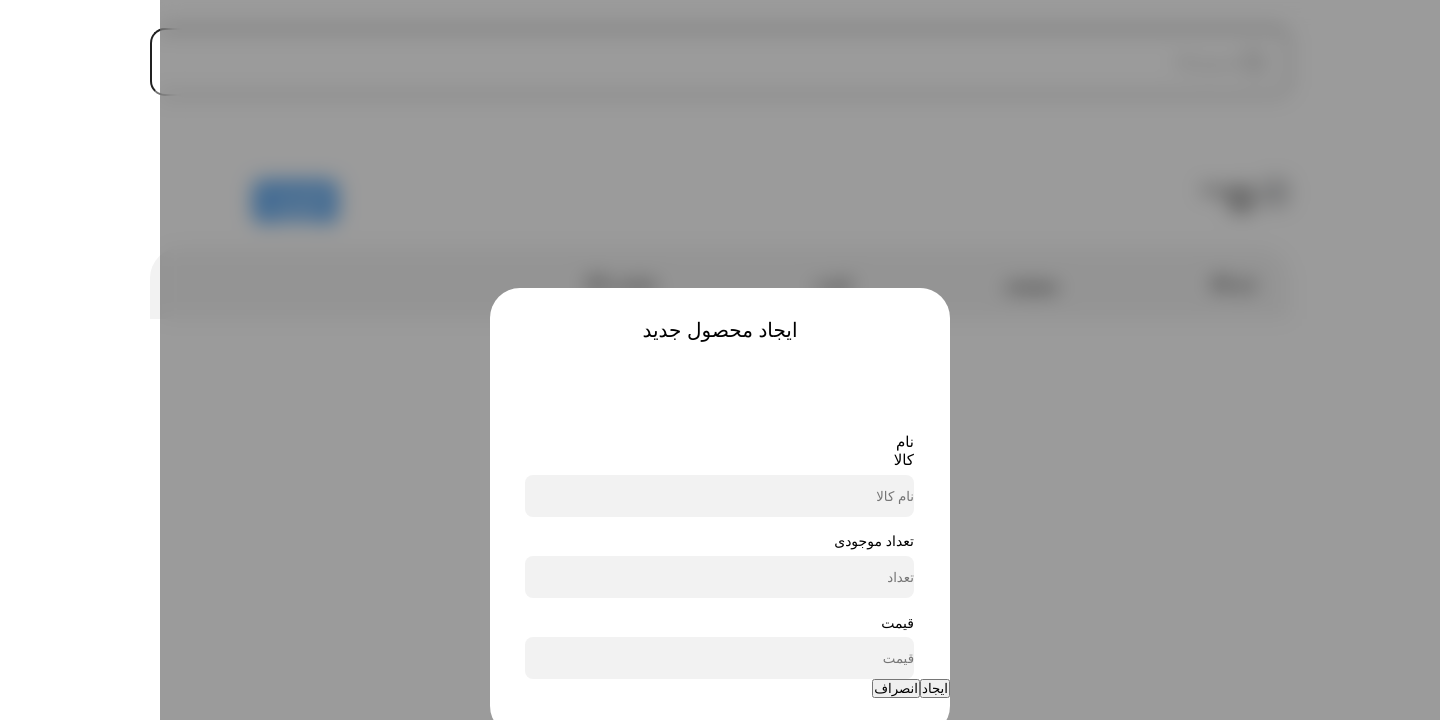
Repository: sobhan-rahimii/project-panel-admin-Next.Js
Page: /dashboard, after clicking the first element matching `button.Dashboard_7644c_addproduct`
An editor plug-in stored every save of this project. The page is shown before and after the next save, followed by the edit.
The browser window is 1280 px wide. The page is 1440 px wide, so the pictures cover 1440 px, including what lies to the right of the window. The pictures show the whole page.
The page's requests for data from a server got no answer. The project was rebuilt for these pictures with package versions that can differ from the ones it lists, and the page was loaded fresh each time. The framework's server and built-in components were replaced by stand-ins that run in the browser. No one was signed in, and anything a server would have sent is missing. Also part of the build but not shown: next.config.mjs.

Above is the page before, as saved 2025-09-01 15:52:05.

After the next save:
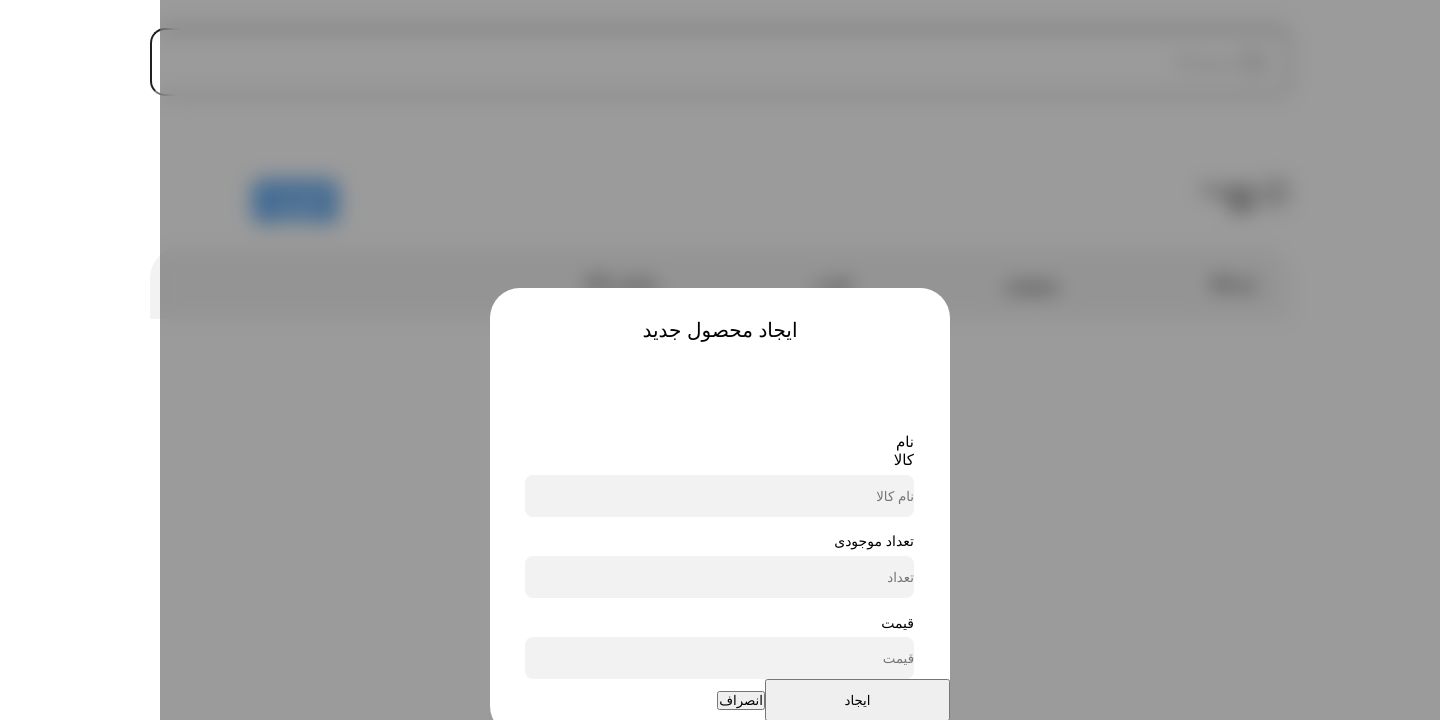
Saved 13 s later.
--- a/styles/AddProductModal.module.css
+++ b/styles/AddProductModal.module.css
@@ -93,5 +93,7 @@
     background-color: rgba(242, 242, 242, 1);
 }
 .add{
-    width: ;
+    width: 185px;
+    height: 42px;
+
 }
